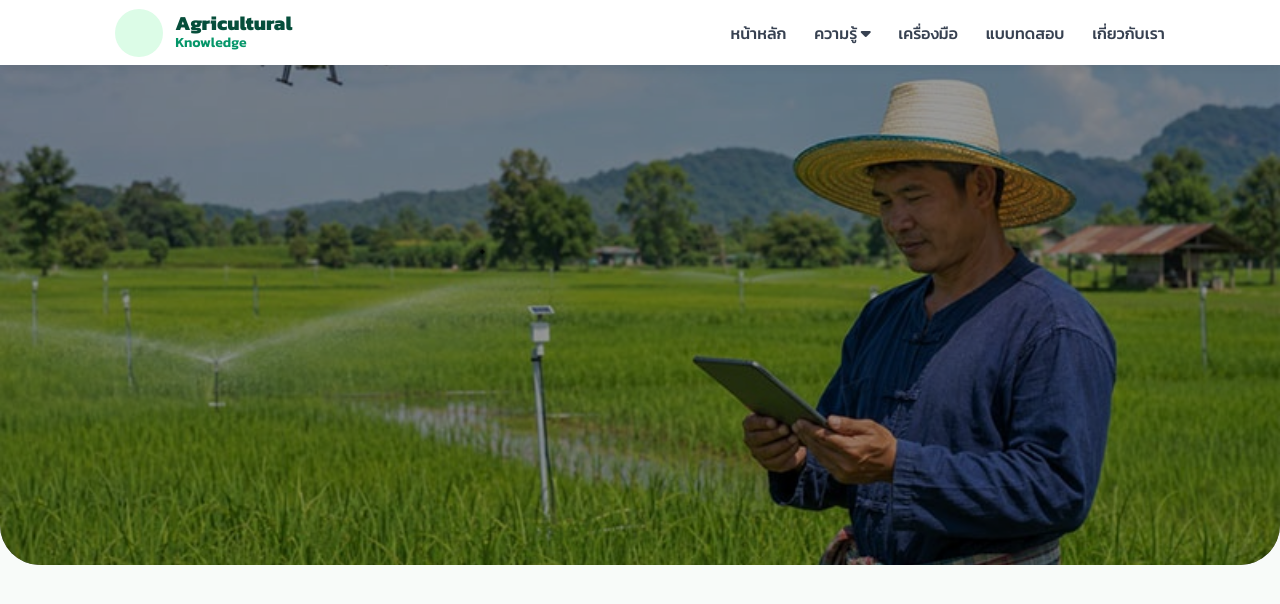
Repository: nuwat-wa/Project-WebdesignAG
Page: ag1.html
The author's editor kept a copy of each file at every save. The page is drawn from the files as they stood at one save, then again after the next save.
The browser window is 1280 px wide. The pictures show the whole page.

Above is the page before, as saved 2026-09-24 17:19:28.

After the next save:
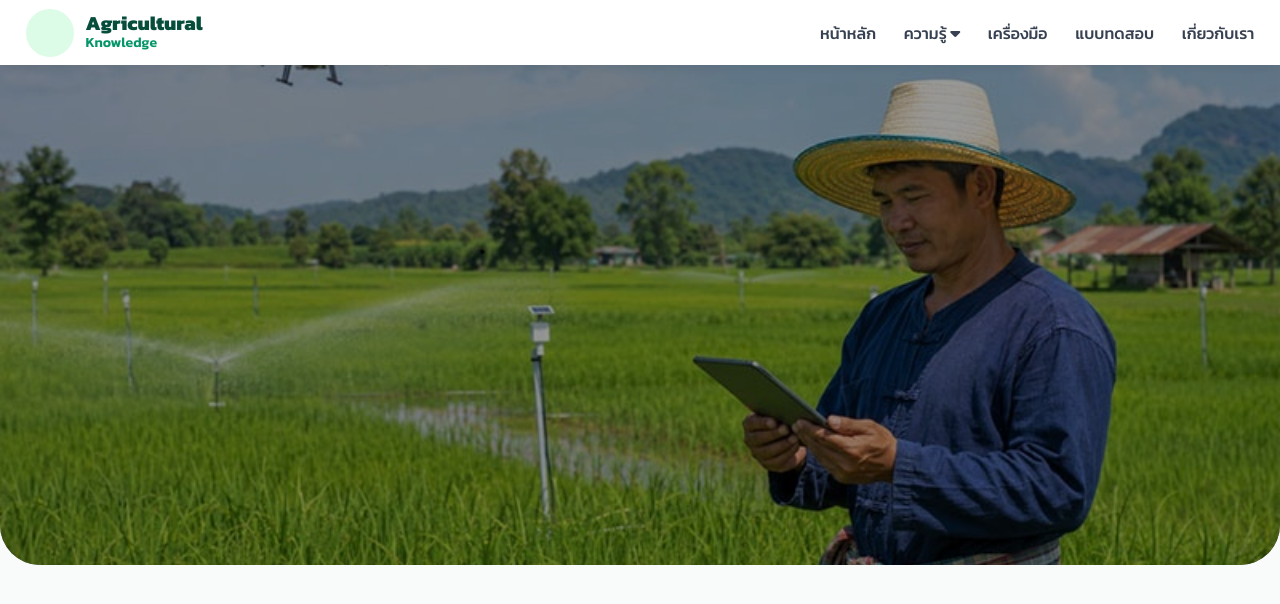
Saved 6 min 4 s later.
--- a/ag1.css
+++ b/ag1.css
@@ -17,7 +17,7 @@ body {
   top: 0;
   left: 0;
   width: 100%;
-  padding: 0 9%;
+  padding: 0 2%;
   height: 65px;
   background: white;
   display: flex;
